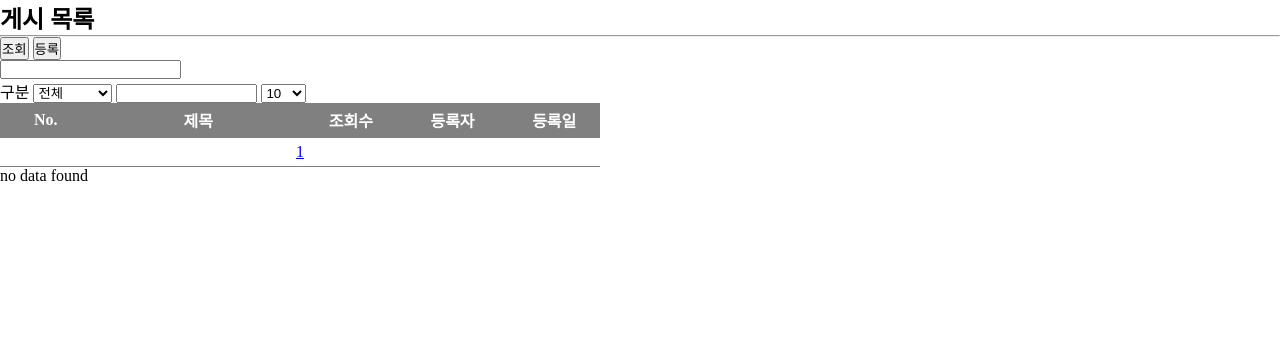
Repository: dongseon-git/WEB_JSP
Page: http://localhost/studyhtml5/board/board_list.jsp
An editor plug-in stored every save of this project. The page is shown before and after the next save, followed by the edit.
The browser window is 1280 px wide. The pictures show the whole page.
The page is served by Tomcat 9. Nobody is signed in. The application's start-up code is not run.

Above is the page before, as saved 2022-05-19 06:13:55.

After the next save:
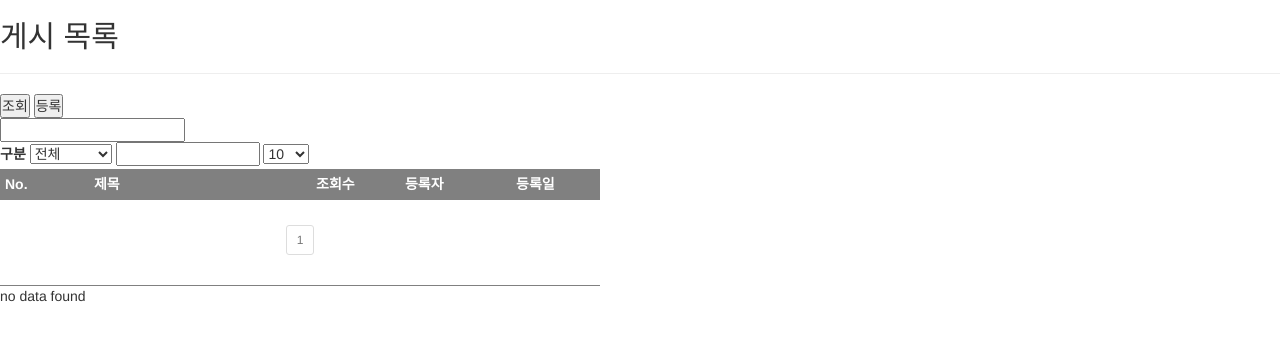
Saved 5 min 9 s later.
--- a/workspace/studyhtml5/WebContent/board/board_list.jsp
+++ b/workspace/studyhtml5/WebContent/board/board_list.jsp
@@ -47,6 +47,11 @@
 <!--reset 스타일 시트 -->
 <!-- link rel="stylesheet" type="text/css" href="/asset/css/reset.css" -->
 <link rel="stylesheet"  type="text/css" href="<%=contPath %>/asset/css/jQuery-ui.css">
+<!-- 부트스트랩 -->
+<!-- 합쳐지고 최소화된 최신 CSS -->
+<link rel="stylesheet" href="https://maxcdn.bootstrapcdn.com/bootstrap/3.3.2/css/bootstrap.min.css">
+<!-- 부가적인 테마 -->
+<link rel="stylesheet" href="https://maxcdn.bootstrapcdn.com/bootstrap/3.3.2/css/bootstrap-theme.min.css">
 <!--스타일 시트 -->
 <style type="text/css">
 </style>
@@ -55,6 +60,8 @@
 <script type="text/javascript" src="<%=contPath %>/asset/js/jquery-1.12.4.js"></script>
 <!-- jQuery UI -->
 <script type="text/javascript" src="<%=contPath %>/asset/js/jQuery-ui.js"></script>
+<!-- 합쳐지고 최소화된 최신 자바스크립트 -->
+<script src="https://maxcdn.bootstrapcdn.com/bootstrap/3.3.2/js/bootstrap.min.js"></script>
 
 <head>
 <meta charset="UTF-8">
